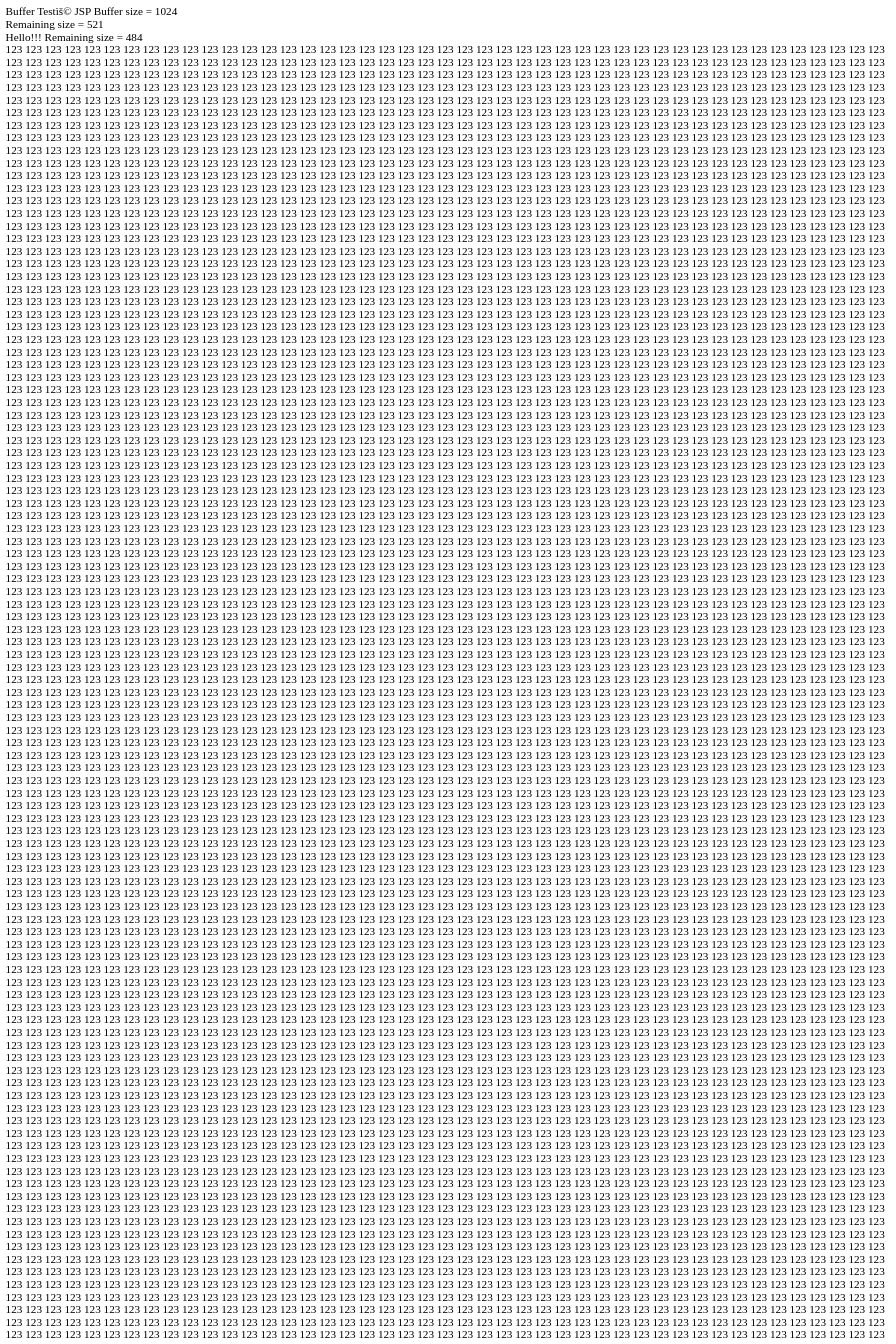
Repository: gitgw016/jsp
Page: http://localhost/07_directive_tag/page_02_buffer_info.jsp
These files come from the project's save history. The page is drawn as it stood at one moment and after the next save; the edit follows.
The browser window is 1280 px wide. The pictures show the part of the page from y = 0 to 1920 px (the page is 4102 px tall before and 3694 px after), at 70% of full size.
The page is served by Tomcat 9.

Above is the page before, as saved 2021-12-08 05:07:04.

### 07_directive_tag/src/main/webapp/page_02_buffer_info.jsp
<!-- default : buffer=8kb autoFlush=true -->
<!--  autoFlush = false시 buffer의 값만큼 출력하고 중지 초과하면 오버플로우 오류-->
<%@ page buffer="1kb" autoFlush="true" %>
<%@ page info="Buffer Test용 JSP" %>
<!DOCTYPE html>
<html>
<head>
<meta charset="UTF-8">
<title>page_02_buffer_info.jsp</title>
</head>
<body>
	<!-- info는 두번 정의 될 수 없고 선언부에 메소드 생성하고 info에 정의된 값을 return -->
	<%=getServletInfo() %>
	<!-- 전체 버퍼 크기 -->
	Buffer size = <%= out.getBufferSize() %><br/>
	<!-- 버퍼에 남은 크기 -->
	Remaining size = <%=out.getRemaining() %><br/>
	Hello!!!
	Remaining size = <%=out.getRemaining() %><br/>
	<%
		for(int i=0; i<10000; i++){
			out.println("123");
		}
	%><br/>
	Remaining size = <%=out.getRemaining() %><br/>
</body>
</html>

After the next save:
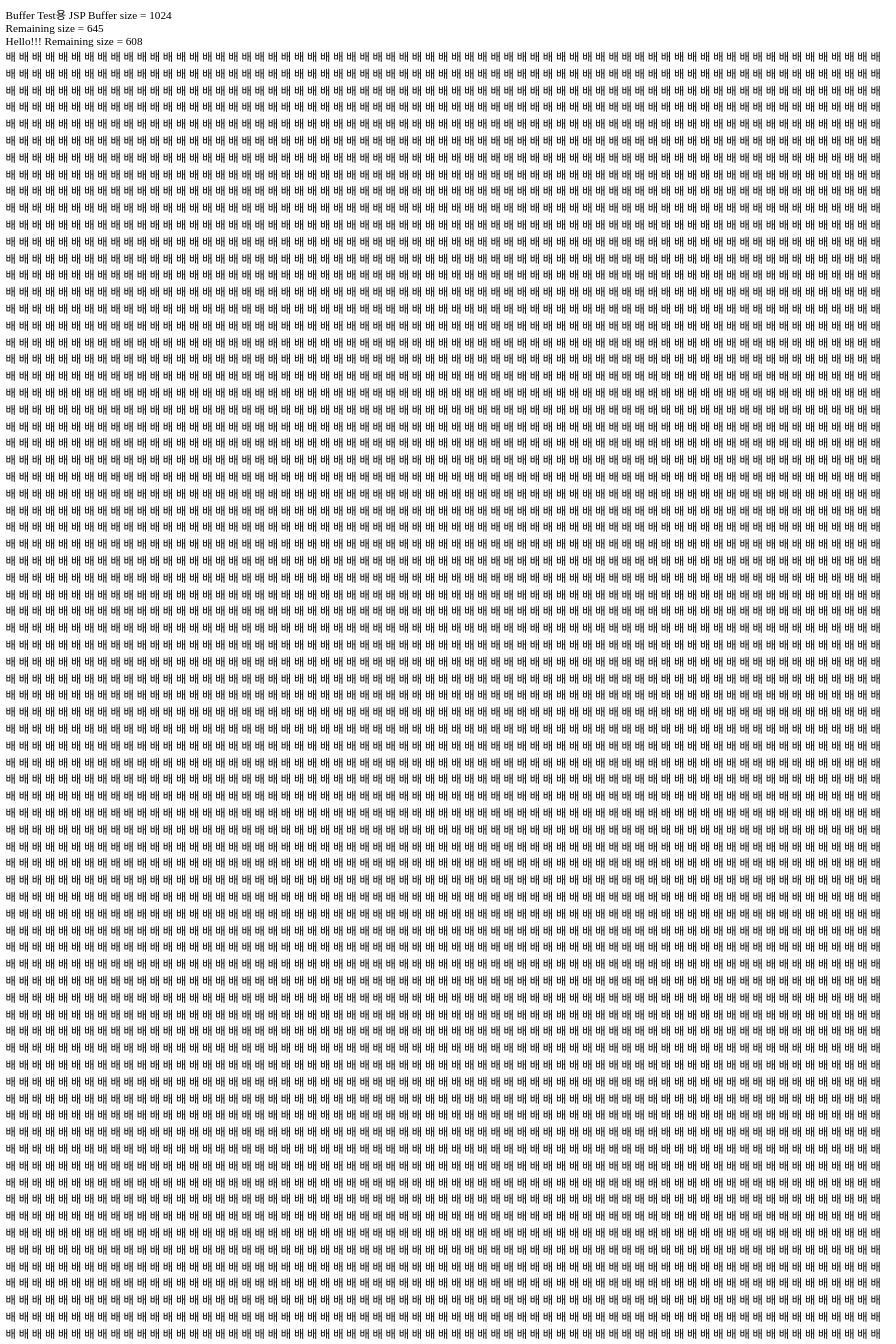
Saved 113 s later.
--- a/07_directive_tag/src/main/webapp/page_02_buffer_info.jsp
+++ b/07_directive_tag/src/main/webapp/page_02_buffer_info.jsp
@@ -1,7 +1,7 @@
 <!-- default : buffer=8kb autoFlush=true -->
 <!--  autoFlush = false시 buffer의 값만큼 출력하고 중지 초과하면 오버플로우 오류-->
 <%@ page buffer="1kb" autoFlush="true" %>
-<%@ page info="Buffer Test용 JSP" %>
+<%@ page info="Buffer Test용 JSP" pageEncoding="utf-8" %>
 <!DOCTYPE html>
 <html>
 <head>
@@ -19,7 +19,7 @@
 	Remaining size = <%=out.getRemaining() %><br/>
 	<%
 		for(int i=0; i<10000; i++){
-			out.println("123");
+			out.println("배");
 		}
 	%><br/>
 	Remaining size = <%=out.getRemaining() %><br/>
